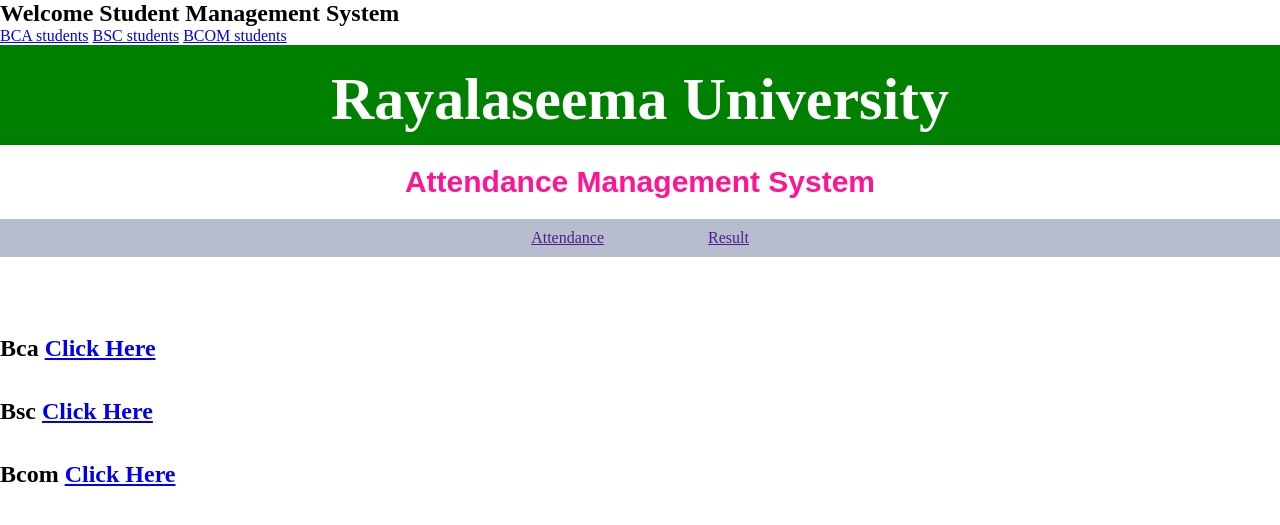
Repository: Sharath1503/Java-Spring-FullStack-Projects
Page: http://localhost/AMS/
The author's editor kept a copy of each file at every save. The page is drawn from the files as they stood at one save, then again after the next save.
The browser window is 1280 px wide. The pictures show the whole page.
The page is served by Tomcat 9. Other server files are loaded and not shown.

Above is the page before, as saved 2024-09-21 10:44:34.

### AttendanceManagementSystem/AMS/src/main/webapp/index.jsp
<html>
<body>
<h2>Welcome Student Management System</h2>
<a href="students/bcastudents">BCA students</a>
<a href="students/bscstudents">BSC students</a>
<a href="students/bcomstudents">BCOM students</a>

</body>
</html>



<!doctype html>
<html lang="en">
  <head>
    <link>
    <title>Attendance Management System</title>
    <style>
      *{
    margin: 0;
    padding: 0;
    box-sizing: border-box;
}
.heading{
    width: 100%;
    height: 100px;
    background-color: green;
    font-size: 30px;
    color: white;
    text-align: center;
    padding: 20px;

}

.heading1{
    width: 100%;
    height: 100px;
    background-color: green;
    font-size: 30px;
    color: white;
    text-align: center;
    padding: 20px;

}
#college{
    font-size: 30px;
    color: deeppink;
    text-align: center;
    padding: 20px;
    font-family: sans-serif;
    font-weight: 700;
}

#college1{
    font-size: 100px;
    color: rgb(2, 2, 2);
    text-align: center;
    padding: 30px;
    font-family: 'Segoe UI', Tahoma, Geneva, Verdana, sans-serif;
    font-weight: 500;
}

.login{
    display: grid;
    grid-template-columns: 1fr 1fr;
    grid-template-rows: 400px;
    grid-gap: 20px;
    margin: 20px;

}

.image{
    width: 100%;
    height: 100%;

    background-size: cover;
    background-position: center;
    background-repeat: no-repeat;
}
.image img{
    width: 100%;
    height: 100%;
    object-fit: cover;
    border-radius: 10px;
}
.right{
    background-color: rgb(189, 211, 218);
    border-radius: 20px;
}
#form{
        display: flex;
        flex-direction: column;
      justify-content: center;
      align-items: center;
      margin-top: 10%;


  }
  #form input{

      padding: 12px 20px;
      margin: 10px 0;
      display: inline-block;
      border: 1px solid #ccc;
      box-sizing: border-box;
      border-radius: 5px;
  }
  #submit:hover{
      background-color: teal;
      color: black;
      border-radius: 5px;
  }

  .login_head{
      width: 80%;
      margin: auto;
      margin-top: 20px;
      font-size: 38px;
      background-color: green;
        color: white;
    text-align: center;
    padding: 10px;
     border-radius: 20px;
  }




  table,
td,
th {
border: 1px solid #ddd;
text-align: left;

}

table {
border-collapse: collapse;
width: 100%;
margin: auto;
margin-top: 50px;


}

th,
td {
padding: 15px;
text-align: center;
}

tr > th {
background-color: teal;
color: white;
}

.studentData{
    width: 100%;
    background-color: green;
    padding: 15px;

}

    </style>
  </head>
  <body>

    <div class="heading">
        <h1>Rayalaseema University</h1>


    </div>

    <h1 id="college">Attendance Management System  </h1>
    <nav style="background-color:  rgb(182, 190, 205); text-align: center; padding: 10px;">
    <a href="" style="margin: 50px;">Attendance</a>
    <a href="" style="margin: 50px;">Result</a>


</nav>
    <h2 id="college1"></h2>
      <br><h2> Bca <a href="students/bcastudents">Click Here</a></h2></br>
        <br><h2> Bsc <a href="students/bscstudents">Click Here</a></h2></br>
          <br><h2> Bcom <a href="students/bcomstudents">Click Here</a></h2></br>


  </body>
</html>

After the next save:
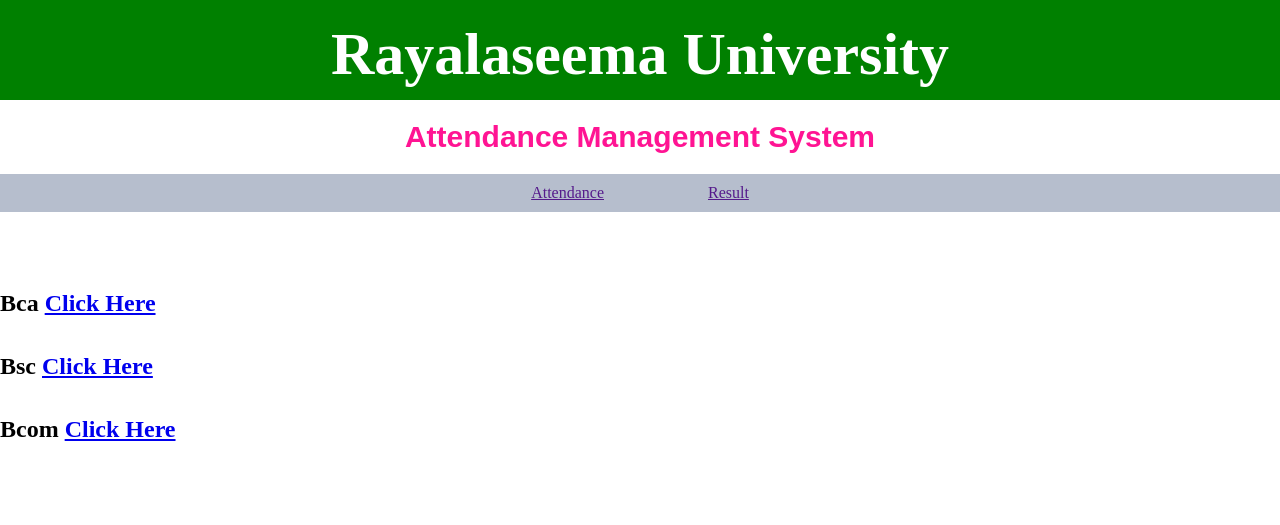
Saved 29 s later.
--- a/AttendanceManagementSystem/AMS/src/main/webapp/index.jsp
+++ b/AttendanceManagementSystem/AMS/src/main/webapp/index.jsp
@@ -1,17 +1,5 @@
+
 <html>
-<body>
-<h2>Welcome Student Management System</h2>
-<a href="students/bcastudents">BCA students</a>
-<a href="students/bscstudents">BSC students</a>
-<a href="students/bcomstudents">BCOM students</a>
-
-</body>
-</html>
-
-
-
-<!doctype html>
-<html lang="en">
   <head>
     <link>
     <title>Attendance Management System</title>
